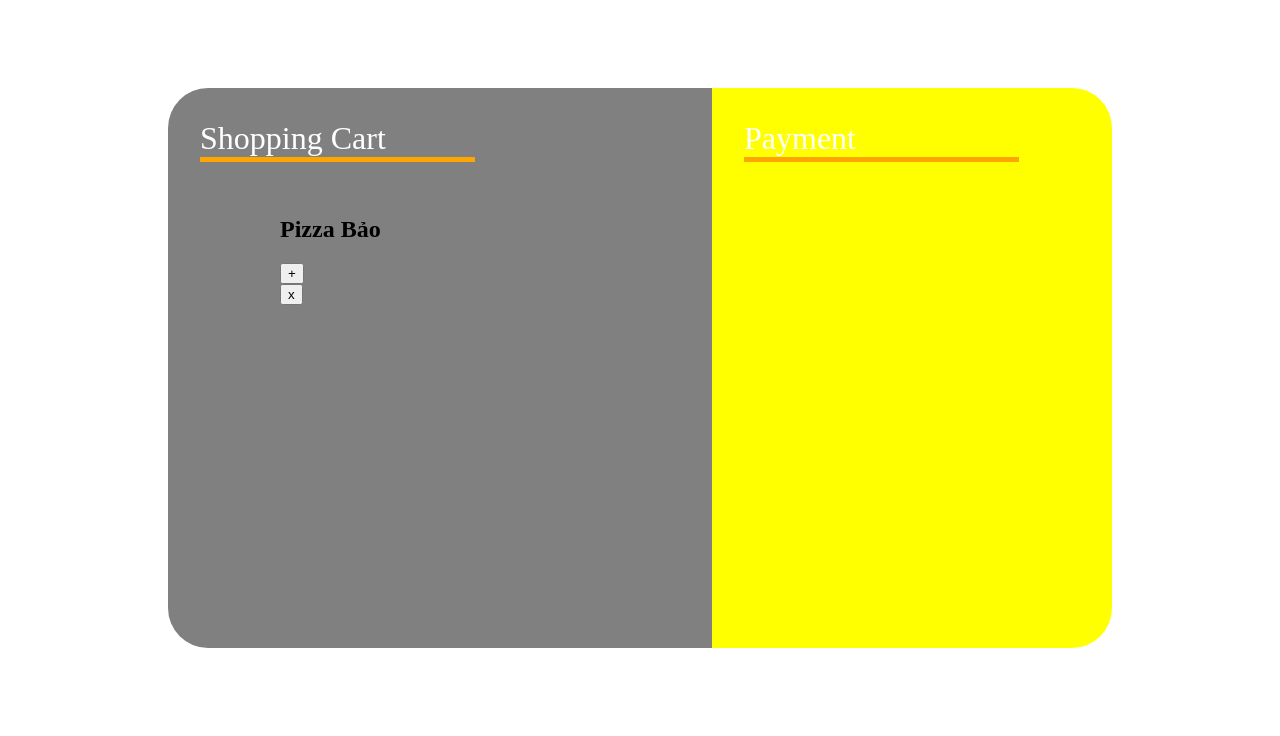
Repository: NDBaoFE/pizza-ordering-hiep
Page: /checkout
An editor plug-in stored every save of this project. The page is shown before and after the next save, followed by the edit.
The browser window is 1280 px wide. The pictures show the whole page.
The project was rebuilt for these pictures with package versions that can differ from the ones it lists, and the page was loaded fresh each time.

Above is the page before, as saved 2022-08-27 22:04:20.

After the next save:
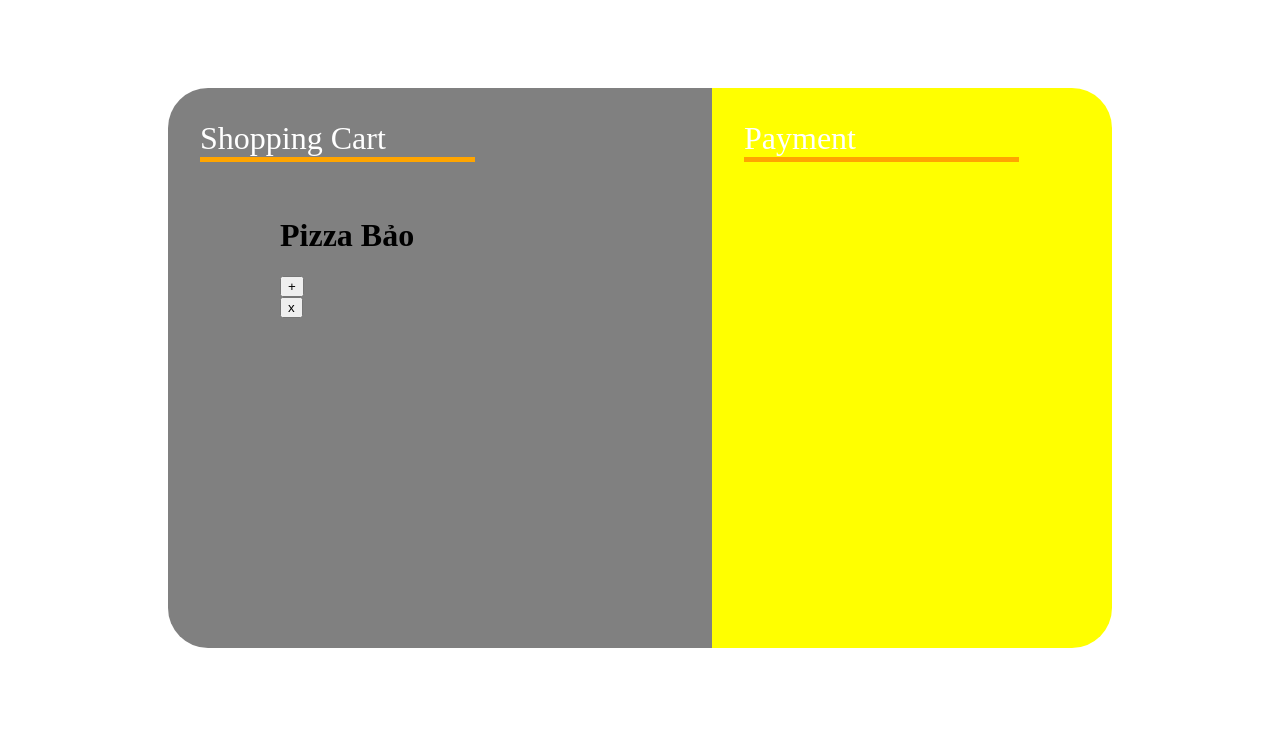
Saved 5 s later.
--- a/src/pages/Checkout/Checkout.styled.js
+++ b/src/pages/Checkout/Checkout.styled.js
@@ -46,7 +46,7 @@ export const Item = styled.ul``
 
 export const Image = styled.img``
 export const Info = styled.div``
-export const PizzaName = styled.h2``
+export const PizzaName = styled.h1``
 export const Button = styled.div``
 export const IncreaseBtn = styled.button``
 export const Price = styled.span``
